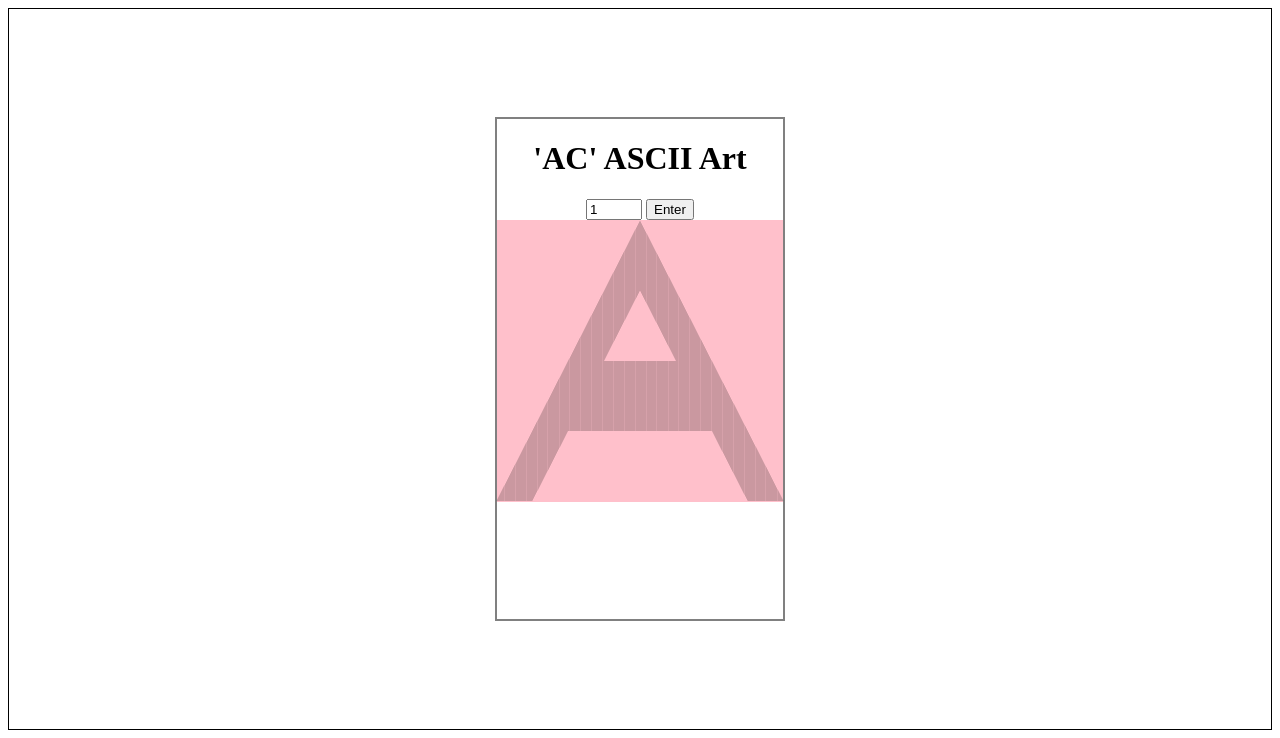
Repository: Achorn/ascii-art
Page: index.html
An editor plug-in stored every save of this project. The page is shown before and after the next save, followed by the edit.
The browser window is 1280 px wide. The pictures show the whole page.

Above is the page before, as saved 2021-08-09 19:48:15.

After the next save:
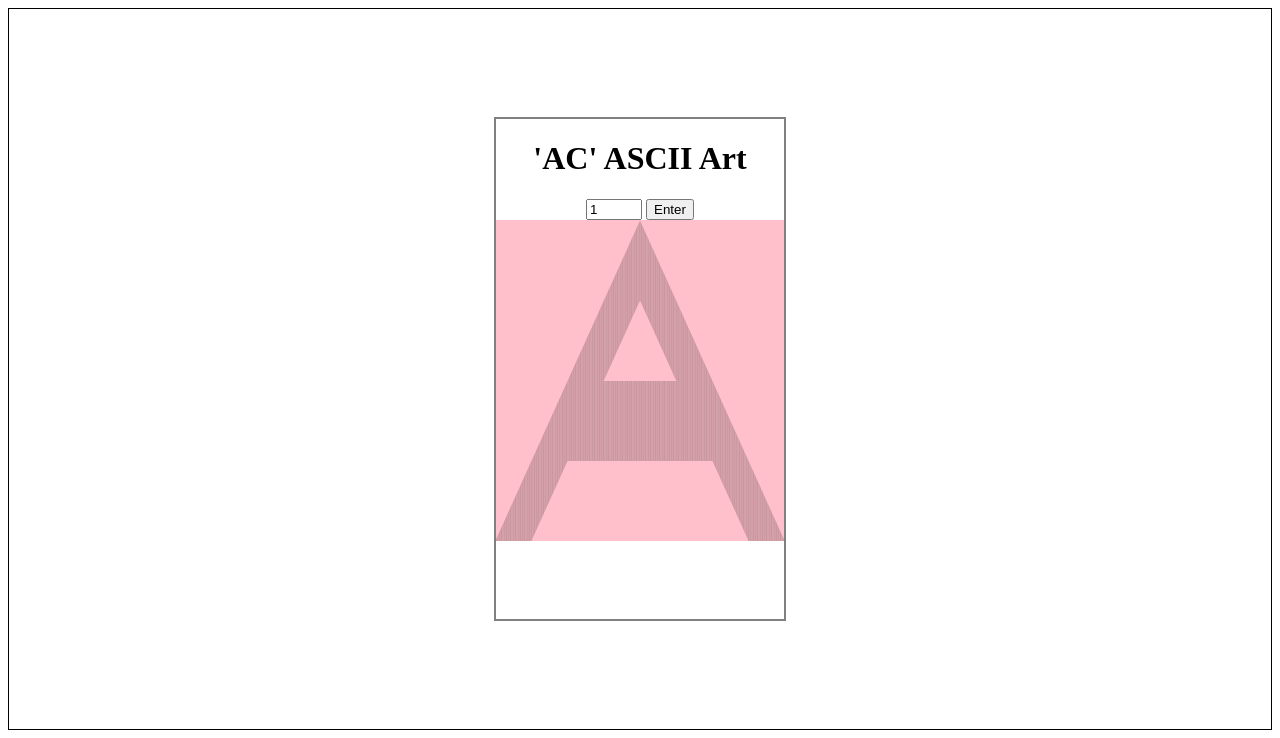
Saved 11 s later.
--- a/myscripts.js
+++ b/myscripts.js
@@ -73,7 +73,7 @@ function trimA(arr, lWidth) {
 
 let monoA = document.getElementById("mono-a");
 let monoC = document.getElementById("mono-c");
-let scale = 70;
+let scale = 80;
 let scaledFour = scaleSpread(four, scale);
 trimA(scaledFour, scale);
 
